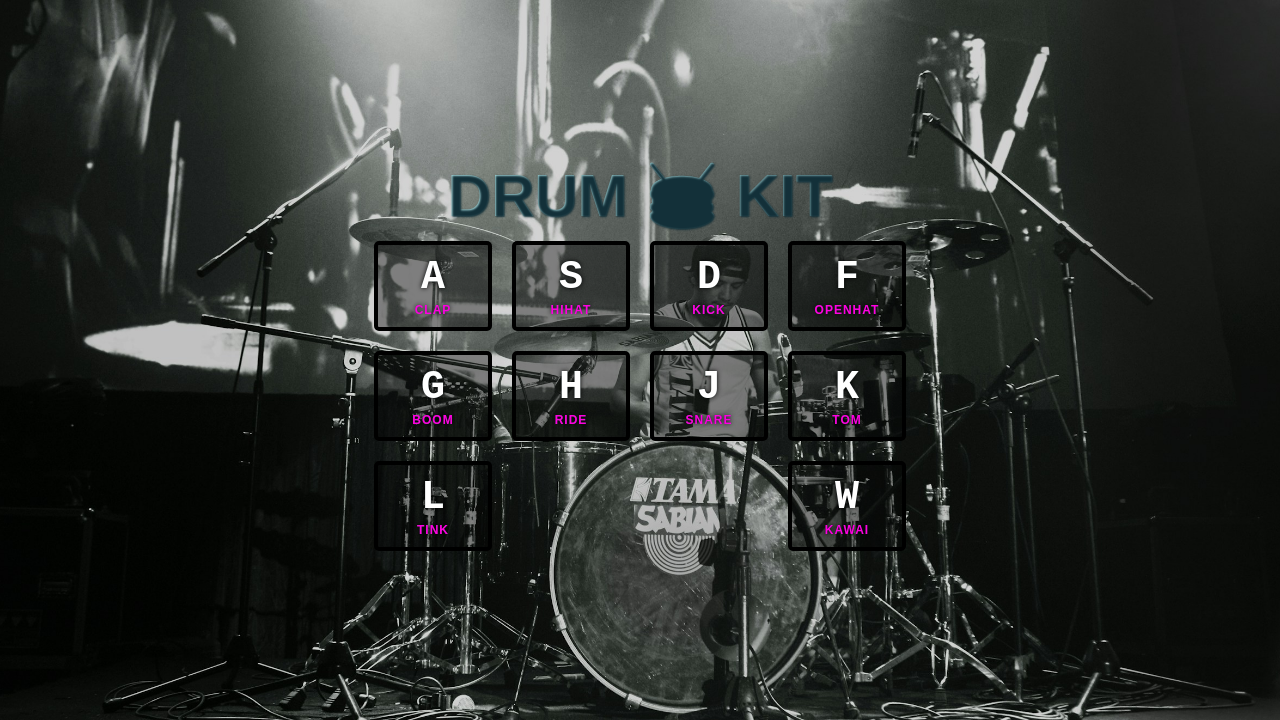
Repository: Freezler/drumkitJS
Page: index.html
The author's editor kept a copy of each file at every save. The page is drawn from the files as they stood at one save, then again after the next save.
The browser window is 1280 px wide. The pictures show the whole page.

Above is the page before, as saved 2024-08-23 23:43:50.

After the next save:
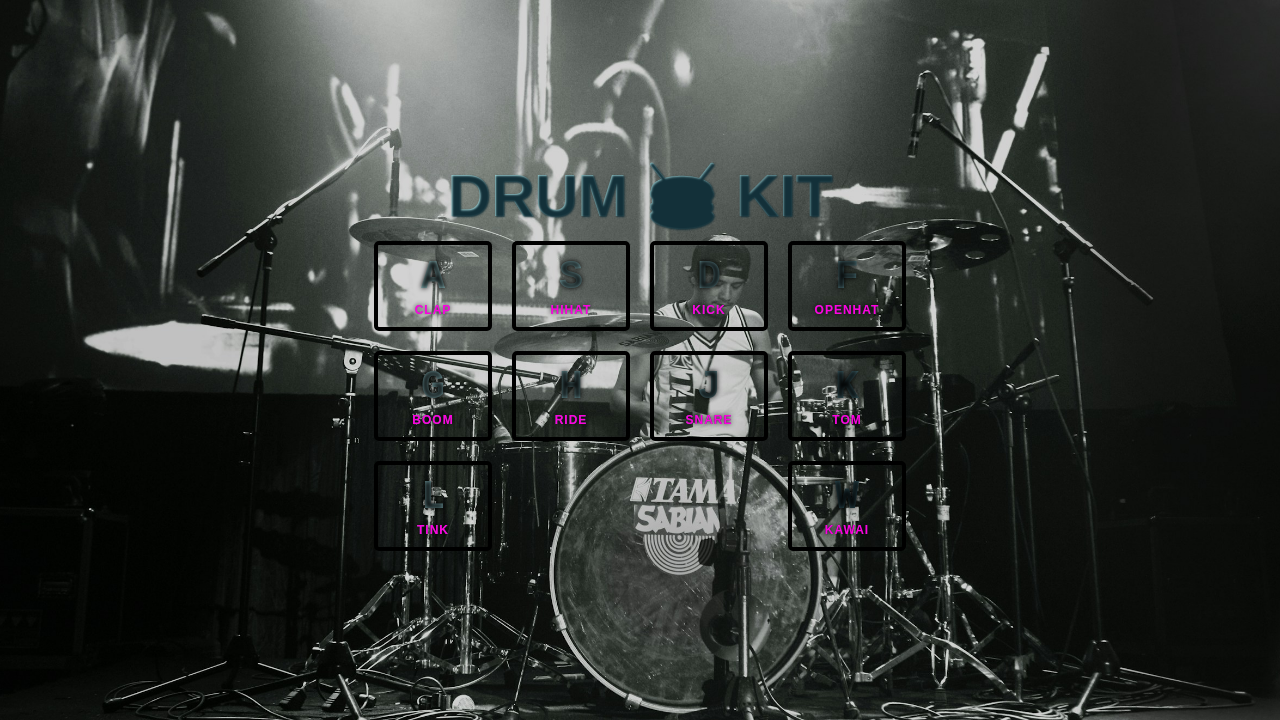
Saved 21 s later.
--- a/style.css
+++ b/style.css
@@ -71,7 +71,7 @@
   transition: all .07s ease;
   width: 10rem;
   text-align: center;
-  color: white;
+  color: var(--100)
   background: rgba(0, 0, 0, 0.4);
   text-shadow: 0 0 .5rem black;
 }

After the save that followed:
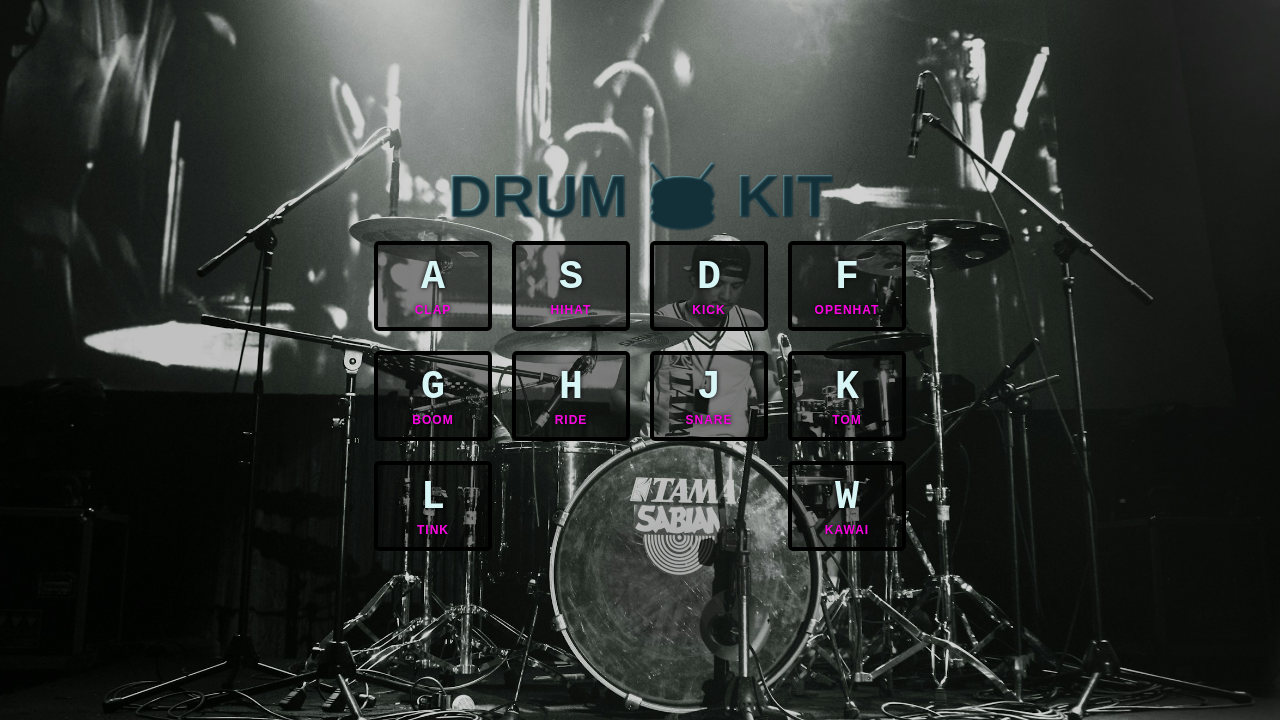
Saved 7 s later.
--- a/style.css
+++ b/style.css
@@ -71,7 +71,7 @@
   transition: all .07s ease;
   width: 10rem;
   text-align: center;
-  color: var(--100)
+  color: var(--100);
   background: rgba(0, 0, 0, 0.4);
   text-shadow: 0 0 .5rem black;
 }
